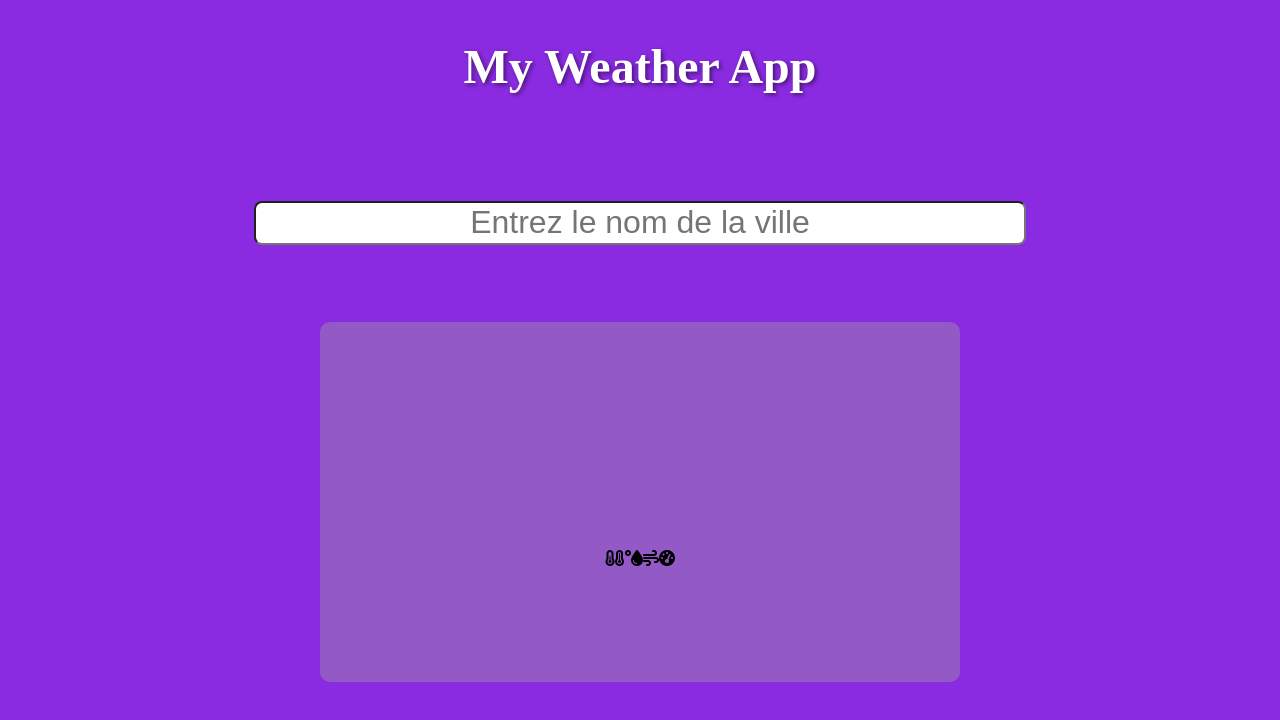
Repository: JeffnyAugustin/MyWeatherApp
Page: index.html
The author's editor kept a copy of each file at every save. The page is drawn from the files as they stood at one save, then again after the next save.
The browser window is 1280 px wide. The pictures show the whole page.

Above is the page before, as saved 2023-11-14 18:07:17.

After the next save:
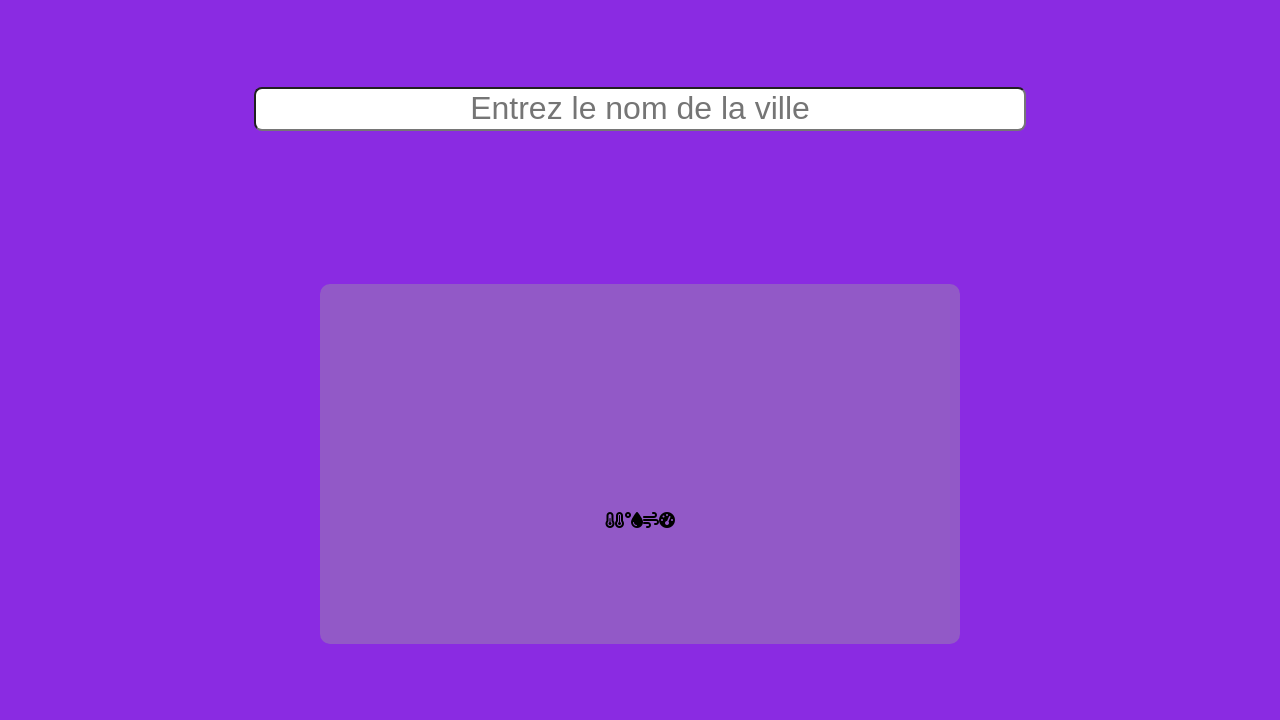
Saved 4 min 6 s later.
--- a/index.html
+++ b/index.html
@@ -16,7 +16,7 @@
 <body>
 
     <div id="container">
-        <h1>My Weather App</h1>
+
     </div>
 
     <script src="/js/script.js"></script>
